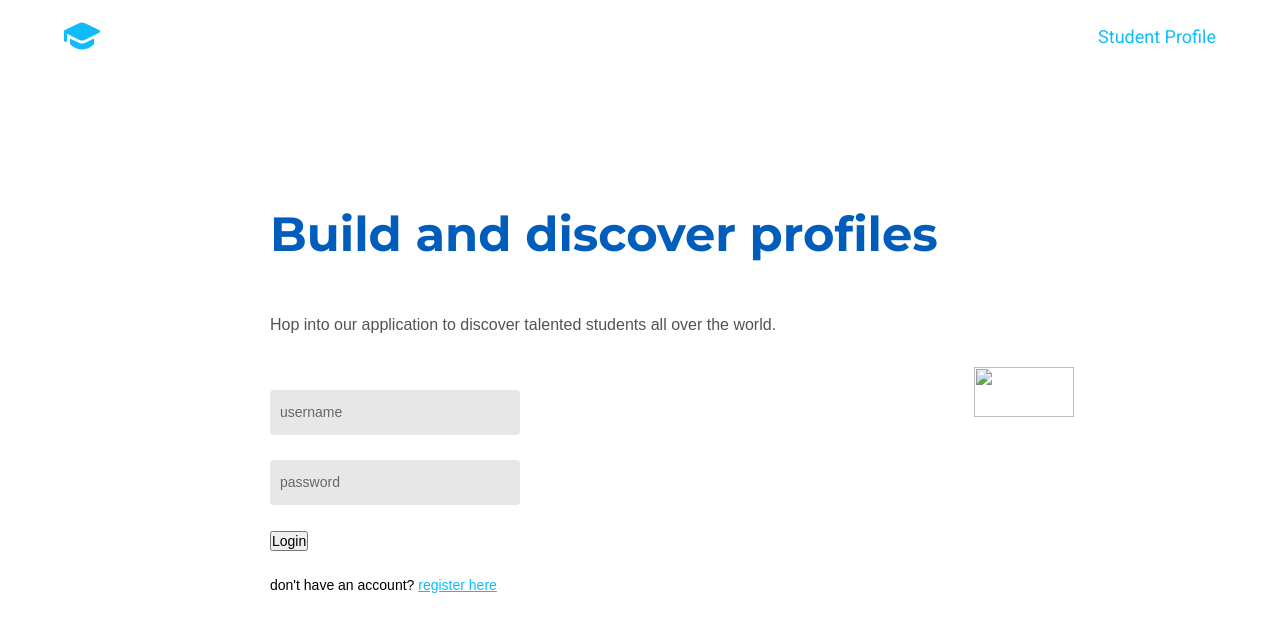
Repository: Mighil31/student_profile
Page: http://localhost/student_profile/jsp/login.jsp
The author's editor kept a copy of each file at every save. The page is drawn from the files as they stood at one save, then again after the next save.
The browser window is 1280 px wide. The pictures show the whole page.
The page is served by Tomcat 9. The template is opened directly, without the code that normally fills it, so the values that code supplies are empty.

Above is the page before, as saved 2021-10-28 14:35:55.

After the next save:
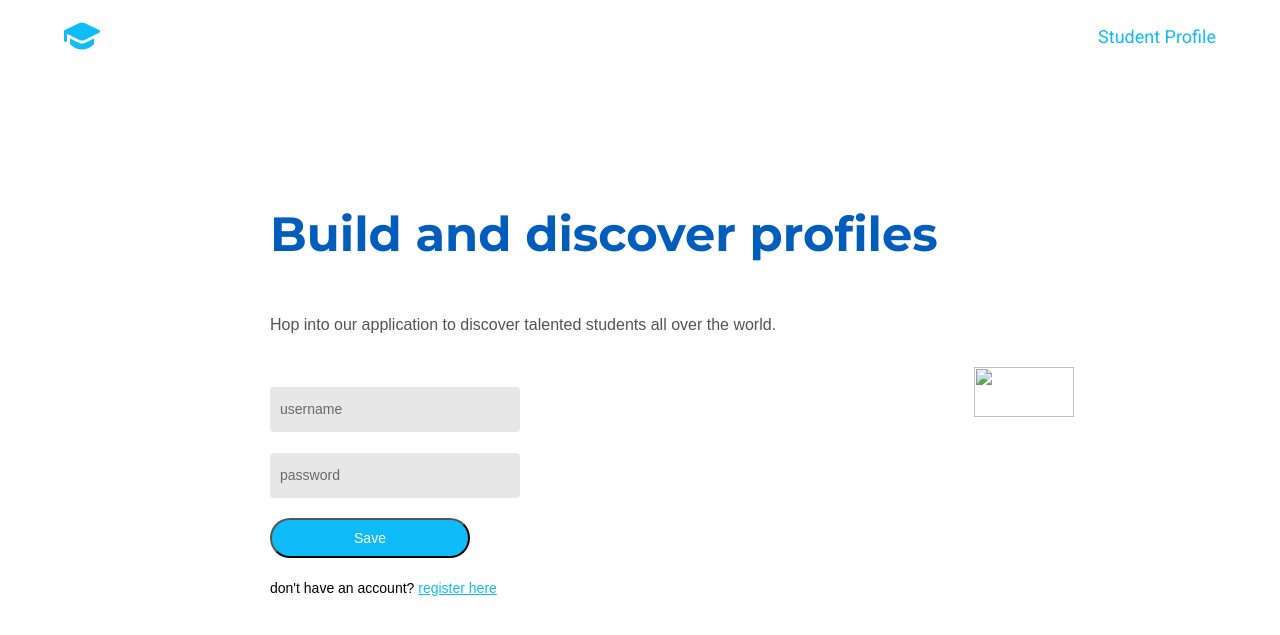
Saved 21 s later.
--- a/student_profile/src/main/webapp/jsp/login.jsp
+++ b/student_profile/src/main/webapp/jsp/login.jsp
@@ -35,7 +35,7 @@
                 <input type="password" id="pwd" value="<c:out value='${student.password}' />" required />
                 <label for="pwd">password</label>
             </div>
-            <button type="submit" class="btn btn-success">Login</button>
+            <button type="submit" class="LoginButton">Save</button>
             <div class="newUser">
                 don't have an account?
                 <a href="signup.html">register here</a>
